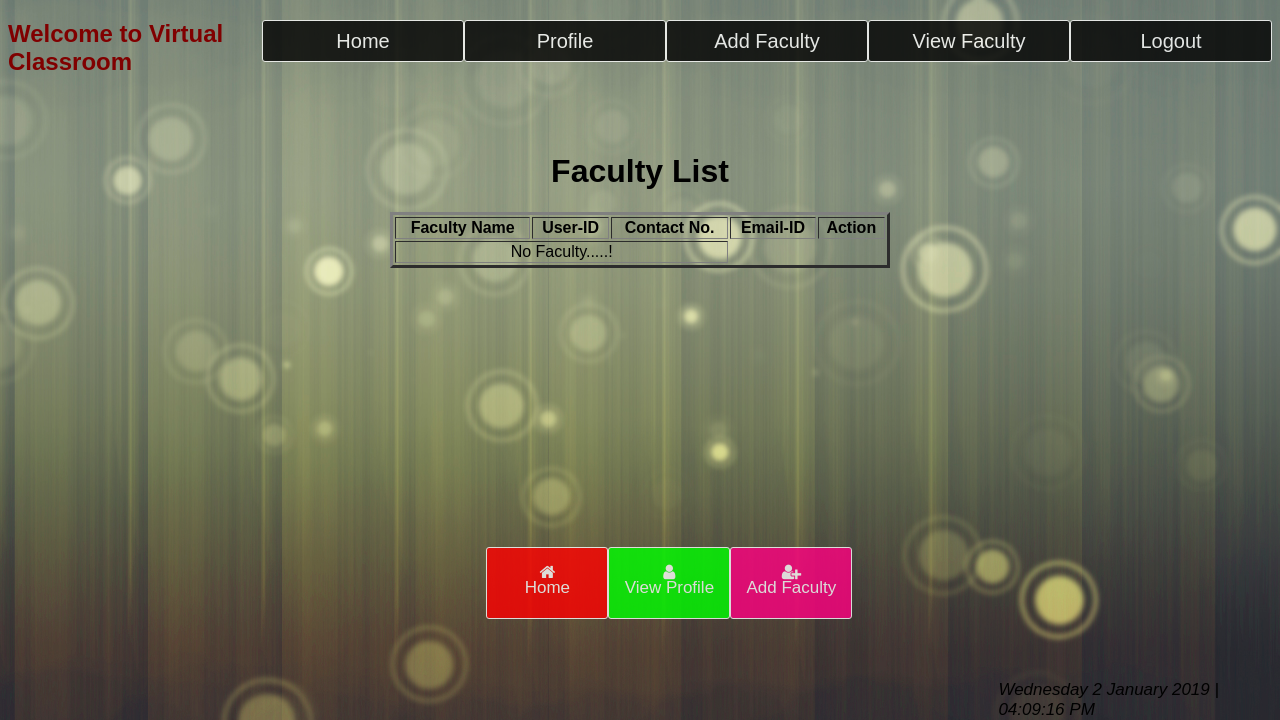
Repository: Rajendra1998/Virtual_classroom_mvc_project
Page: http://localhost/Virtual_classroom/display_faculty.jsp
The author's editor kept a copy of each file at every save. The page is drawn from the files as they stood at one save, then again after the next save.
The browser window is 1280 px wide. The pictures show the whole page.
The page is served by Tomcat 9. The template is opened directly, without the code that normally fills it, so the values that code supplies are empty.

Above is the page before, as saved 2019-01-09 20:03:11.

After the next save:
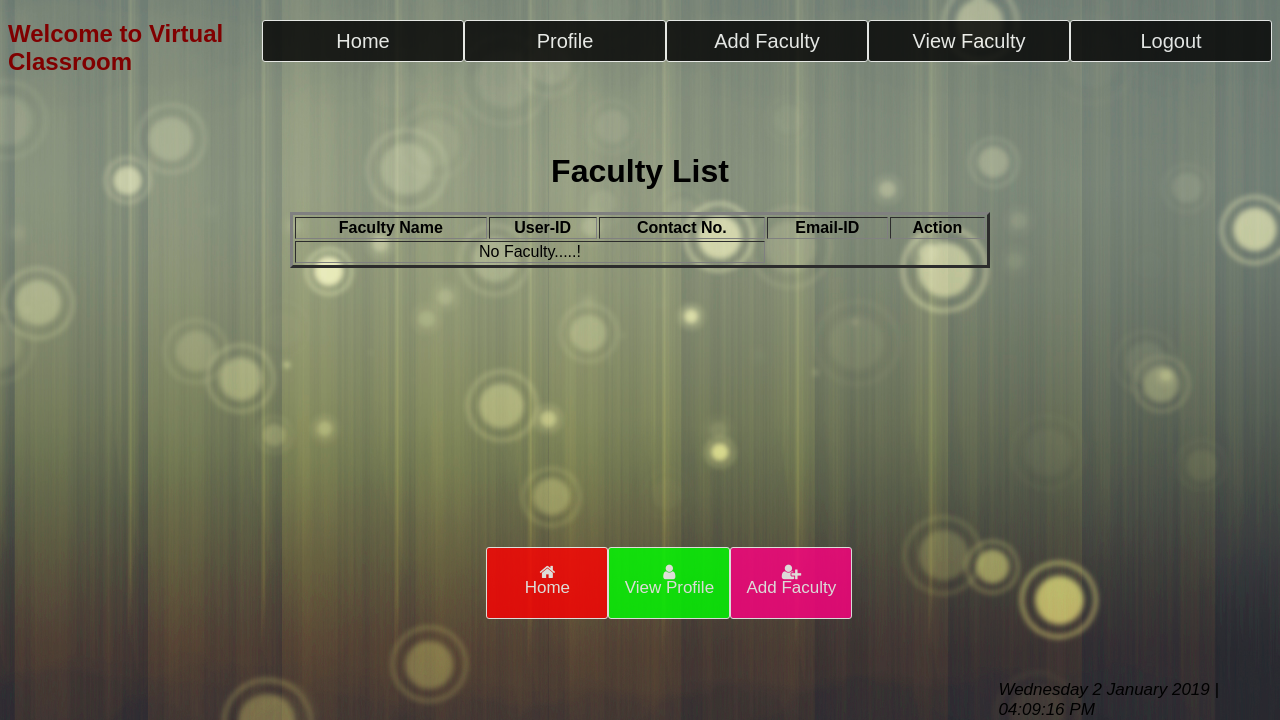
Saved 90 s later.
--- a/Virtual_classroom/WebContent/display_faculty.jsp
+++ b/Virtual_classroom/WebContent/display_faculty.jsp
@@ -175,7 +175,7 @@
 	<center>
      <div class="panel">
             <h1>Faculty List</h1>
-            <table class="bordered_table" align=center border="3" width="500px" >
+            <table class="bordered_table" align=center border="3" width="700px" >
                <thead>
                   <tr align="center"><th>Faculty Name</th><th>User-ID</th><th>Contact No.</th><th>Email-ID</th><th>Action</th></tr>
                </thead>
